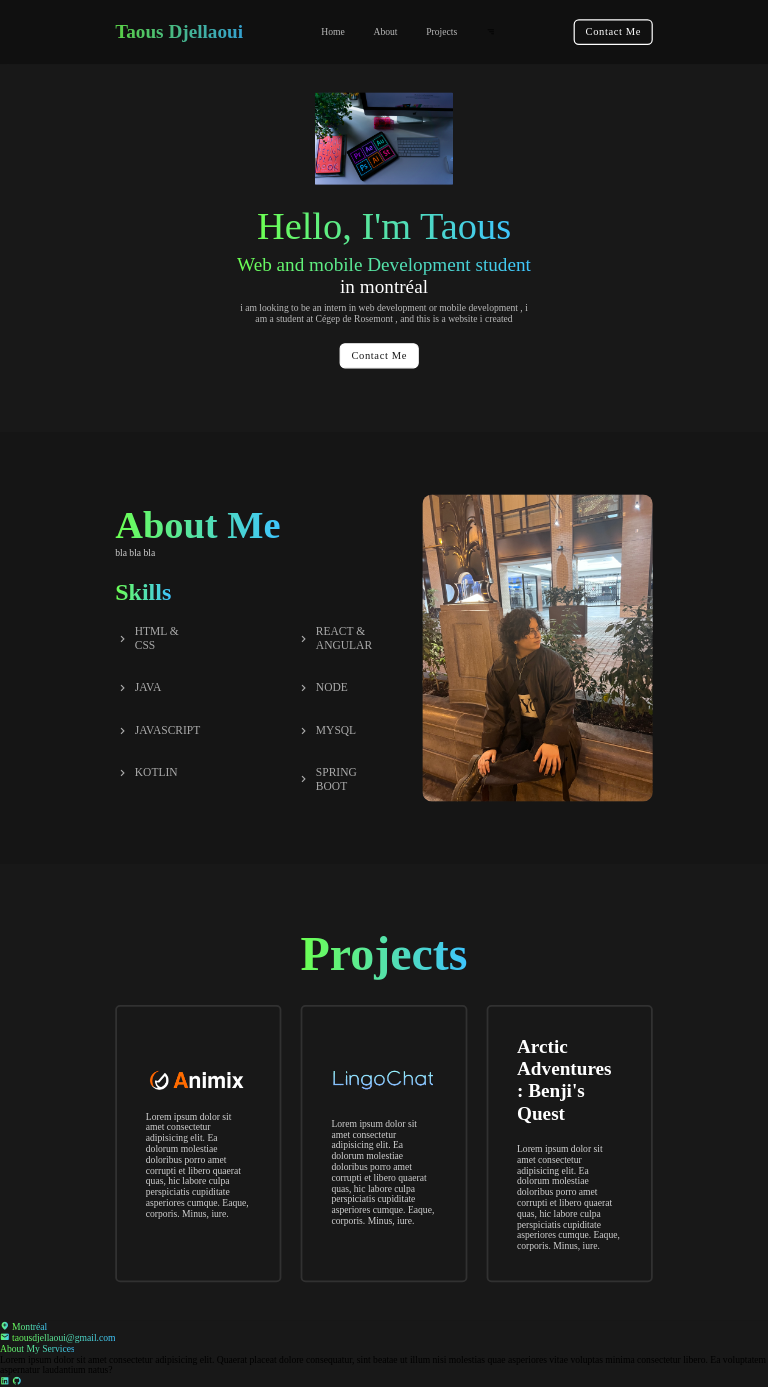
Repository: taousdjellaoui/portfolio-
Page: portfolio/index.html
An editor plug-in stored every save of this project. The page is shown before and after the next save, followed by the edit.
The browser window is 1280 px wide. The pictures show the whole page, at 60% of full size.

Above is the page before, as saved 2024-09-24 14:23:10.

### portfolio/index.html
<!DOCTYPE html>
<html lang="en">
  <head>
    <meta charset="UTF-8" />
    <meta name="viewport" content="width=device-width, initial-scale=1.0" />
    <title>Portfolio Website</title>
    <link rel="stylesheet" href="style.css" />
    <link href='https://unpkg.com/boxicons@2.1.4/css/boxicons.min.css' rel='stylesheet'>
  </head>
  <body>
    <nav>
      <a href="#" class="logo"><span>Taous Djellaoui</span></a>
      <ul class="links">
        <a href="#home">Home</a>
        <a href="#about">About</a>
        <a href="#projects">Projects</a>

        <i class='bx bx-menu-alt-right' id="Menu"></i>
      </ul>
      <a href="#contact" class="btn">Contact Me</a>

    </nav>
    <section id="home">
      <img src="graphic.jpg" alt="">
      <div class="info-box">

        <h1><span>Hello, I'm Taous</span></h1>
        <h3><span>Web and mobile Development student</span> in montréal</h3>
        <p>i am looking to be an intern in web development or mobile development , i am a student
           at Cégep de Rosemont , and this is a website i created  </p>
      </div>
      <div class="btn-box">
        <div class="btn"  style="display: none;" >Hire</div>
        <div class="btn">Contact Me</div>
        <div></div>

      </div>
    </section>

    <section id="about">
      <div class="about-box">
        <div class="about-info">
          <h1><span>About Me</span></h1>
          <p>bla bla bla </p>

        </div>
        <h2><span>Skills</span></h2>
        <div class="skills">
          <ul>
            <li>
              <p><i class='bx bx-chevron-right' ></i>HTML & CSS</p>
            </li>
            <li>
              <p><i class='bx bx-chevron-right' ></i>JAVA</p>
            </li>
            <li>
              <p><i class='bx bx-chevron-right' ></i>JAVASCRIPT</p>
            </li>
            <li>
              <p><i class='bx bx-chevron-right' ></i>KOTLIN</p>
            </li>
          </ul>
          <ul>
            <li>
              <p><i class='bx bx-chevron-right' ></i>REACT & ANGULAR</p>
            </li>
            <li>
              <p><i class='bx bx-chevron-right' ></i>NODE</p>
            </li>
            <li>
              <p><i class='bx bx-chevron-right' ></i>MYSQL</p>
            </li>
            <li>
              <p><i class='bx bx-chevron-right' ></i>SPRING BOOT</p>
            </li>
          </ul>
        </div>

      </div>
      <img src="image.jpg" alt="">
    </section>
    <section id="projects">
      <h1 class="header"><span>Projects</span></h1>
      <div class="projects-container">
        <div class="box">
          <img src="logo-animix.png" alt="">
          <p>Lorem ipsum dolor sit amet consectetur adipisicing elit. Ea dolorum molestiae doloribus porro amet corrupti et libero quaerat quas, hic labore culpa perspiciatis cupiditate asperiores cumque. Eaque, corporis. Minus, iure.</p>

        </div>
        <div class="box">
          <img src="logoLingoChat.png" alt="">

          <p>Lorem ipsum dolor sit amet consectetur adipisicing elit. Ea dolorum molestiae doloribus porro amet corrupti et libero quaerat quas, hic labore culpa perspiciatis cupiditate asperiores cumque. Eaque, corporis. Minus, iure.</p>

        </div>
        <div class="box">
          <h1>Arctic Adventures : Benji's Quest</h1>
          <p>Lorem ipsum dolor sit amet consectetur adipisicing elit. Ea dolorum molestiae doloribus porro amet corrupti et libero quaerat quas, hic labore culpa perspiciatis cupiditate asperiores cumque. Eaque, corporis. Minus, iure.</p>

        </div>
      </div>
    </section>
    <footer>
      <div class="col-left">
        <div class="col-box">
          <span><i class='bx bxs-location-plus' ></i></span>
          <span>Montréal</span>
        </div>
        <div class="col-box">
          <span><i class='bx bxs-envelope' ></i></span>
          <span>taousdjellaoui@gmail.com</span>
        </div>
      </div>
      <div class="col-right">
        <span>About My Services</span>
        <p>Lorem ipsum dolor sit amet consectetur adipisicing elit. Quaerat placeat dolore consequatur, sint beatae ut illum nisi molestias quae asperiores vitae voluptas minima consectetur libero. Ea voluptatem aspernatur laudantium natus?</p>
        <div class="social-icons">
          <span><i class='bx bxl-linkedin-square' ></i></span>
          <span><i class='bx bxl-github' ></i></span>
        </div>

      </div>
    </footer>

    <script src="script.js"></script>
  </body>
</html>

### portfolio/style.css
* {
  margin: 0;
  padding: 0;
  box-sizing: border-box;
  text-decoration: none;
  list-style: none;
  scroll-behavior: smooth;
  font-family: "Poppins";
}
:root {
  --background: rgb(24, 24, 24);
  --second-background: rgb(21, 21, 21);
}
body{
  min-height: 100vh;
  background-color: var(--background);
}
nav{
position:fixed;
top:0;
width: 100%;
padding: 2em 15%;
display: flex;
align-items: center;
justify-content: space-between;
background-color:rgba(15,15,15,0.8);
backdrop-filter: blur(10px);
z-index: 1000;
}
ul{
  display:flex;
  align-items: center;
  gap: 3em;

}
nav ul a{
  color: white;
  opacity: 0.7;
  transition:0.2s ease-in-out;
}
nav ul a:hover{
  opacity: 1;

}
.logo{
  font-size:2em;
  color: white;
  font-weight: 800;
  opacity: 0.8;
  transition: 0.2s ease-in-out;

}
.logo:hover{
  opacity: 1;
}
.btn{
  padding : 0.5em 1em;
  color : white;
  font-weight: 500;
  letter-spacing:1px ;
  border-radius: 0.5em;
  font-size: 1.1em;
  border: 2px solid white;
  cursor: pointer;
  transition: 0.3s ease-in-out;

}
.btn:hover{
  background-color: white;
  color: var(--background);

}
span{
  background: linear-gradient(to right,#6cff52,#3ec5ff);
  background-clip: text;
  color:transparent;
}
#menu{
  color:white;
  font-size:3em;
  display:none;
}
section{
  min-height: 100vh;
  padding: 5% 15%;
}
#home{
display: flex;
flex-direction: column;
align-items:center;
justify-content: center;
gap:2em;
color:white;

}
#home img{
width:18vw;
border-radius: 1%;
margin-top: 3em;

}
.info-box{
  display: flex;
  flex-direction: column;
  text-align: center;
  gap: 0.5em;
  max-width: 500px;

}
.info-box h1{
  font-size:4em;
  font-weight: 500;
}
.info-box h3{
  font-size:2em;
  font-weight: 400;
}
.info-box p{
 opacity:0.7;
}
.btn-box{
  display: flex;
  gap: 1em;
}
.btn-box .btn:nth-of-type(2){
  background-color:white;
  color: var(--background)
}
.btn-box .btn:nth-of-type(2):hover{
  background-color: var(--background);
  color:white;

}
::-webkit-scrollbar{
  width: 20px;
  background-color: var(--background);
}
::-webkit-scrollbar-thumb{
  background: linear-gradient(to bottom,#788077,#a8b2b7);

}
#about{
  background-color: var(--second-background);
  display: flex;
  align-items:center;
  justify-content: center;
  gap: 5em;

}
#about img{
  width: 30vw;
  border-radius:1em;

}
.about-box{
  display:flex;
  flex-direction: column;
  text-align: left;
  gap: 2em;
}
.about-box h1{
  font-size: 4em;
}
.about-box p{
color:white;
opacity:0.8;
}
.skills{
  display:flex;
  text-align: left;
  gap: 10em;

}
.skills ul{
  font-size: 1em;
  font-weight: 500;
  display:flex;
  flex-direction: column;
  color:white;
  opacity:0.8;
  align-items: baseline;
}
.skills ul li p{
  color: white ;
  display: flex;
  align-items:center;
  gap : 0.5em;
   font-size: 1.2em;
   transition:0.3s ease-in-out;
}
.skills ul li p:hover{
  transform: translateX(10px);
}
.skills ul li i{
 font-size:1.2em;

}
.about-box h2{
  font-size: 2.5em;
}
#projects{
  background-color: var(--background);
}
.header{
  text-align: center;
  font-size: 5em;
  margin:0.5em 0;
}
.projects-container{
  display:grid;
  grid-template-columns: repeat(auto-fit,minmax(250px,1fr));
  gap:2em;
}
.box{
  border:3px solid rgb(49, 49, 49);
border-radius: 0.5em;
display: flex;
flex-direction: column;
justify-content: center;
overflow: hidden;
object-fit: cover;
padding:3em ;
gap: 2em;
color:white;
cursor:pointer;
transition:0.3s ease-in-out;
}
.box:hover{
  border: 3px solid rgb(100,100,100);
}
.box p{
  opacity:0.8;
}
.box h1{
  font-size: 2em;
}
.box img{
 min-width:25px;
 border-radius:0.5em;
}

Loaded but not shown: portfolio/script.js (no stored copy; drawn as an empty file)

After the next save:
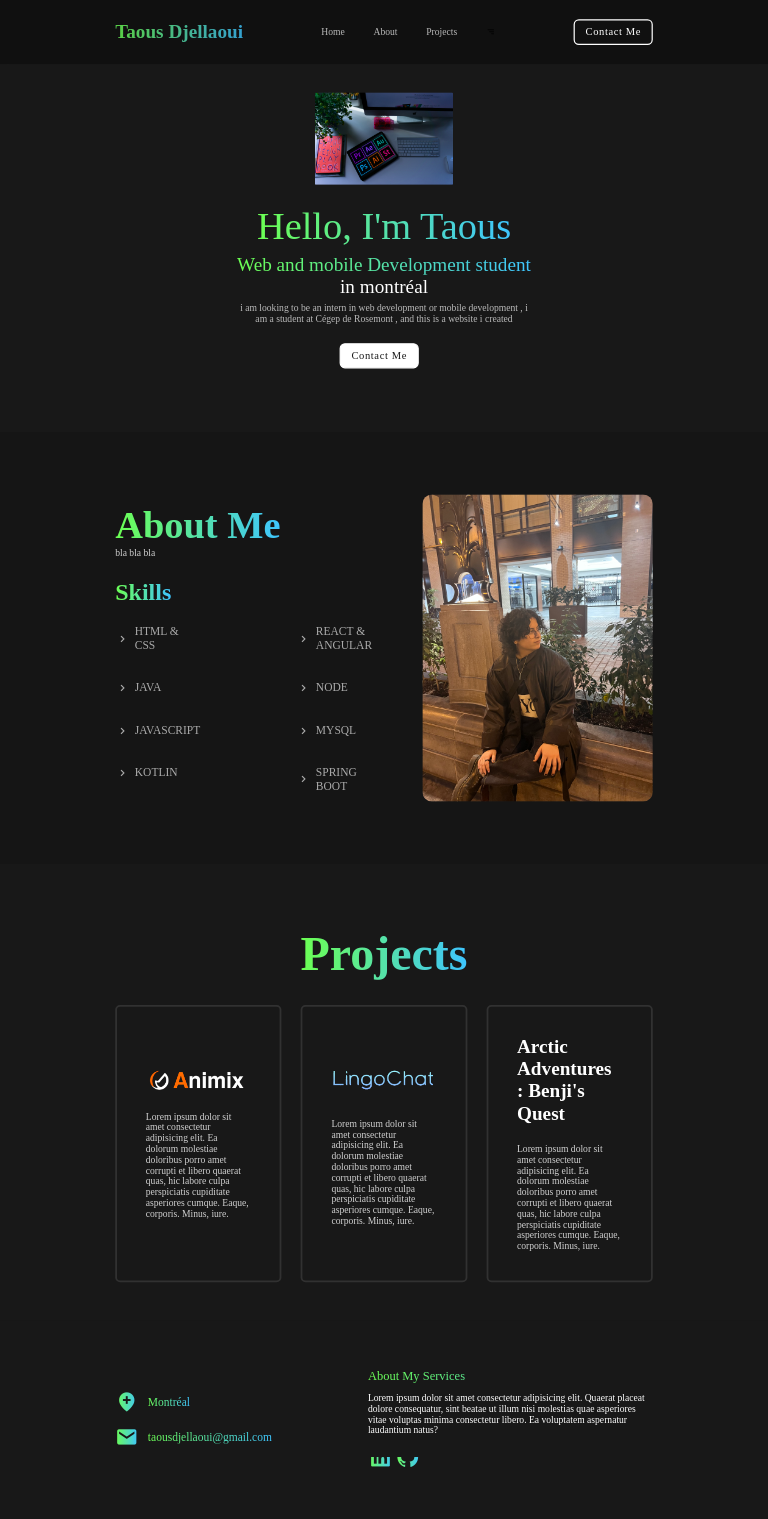
Saved 8 min 44 s later.
--- a/portfolio/style.css
+++ b/portfolio/style.css
@@ -238,3 +238,53 @@ transition:0.3s ease-in-out;
  min-width:25px;
  border-radius:0.5em;
 }
+footer{
+  display: flex;
+  align-items:center;
+  justify-content: center;
+  gap:10em;
+  bottom:0;
+  background-color: var(--background);
+  width:100%;
+  padding: 5em 15%;
+}
+.col-left{
+  display:flex;
+  flex-direction:column;
+  gap : 1em;
+}
+.col-box{
+  display: flex;
+  align-items:center;
+  gap : 1em;
+}
+.col-box i{
+  font-size: 2em;
+}
+.col-box span{
+  font-size: 1.2em;
+}
+.col-right{
+  display:flex;
+  flex-direction: column;
+  gap:1em;
+  color:white;
+  max-width:500px;
+}
+.col-right span{
+  font-size: 1.3em;
+}
+.col-box .social-icons{
+  display:flex;
+  align-items:baseline;
+  justify-content: left;
+  gap: 1em;
+}
+.col-right .social-icons i{
+  font-size :2em;
+  transition: 0.2s ease-in-out;
+  cursor: pointer;
+}
+.social-icons i:hover{
+  color:white;
+}
